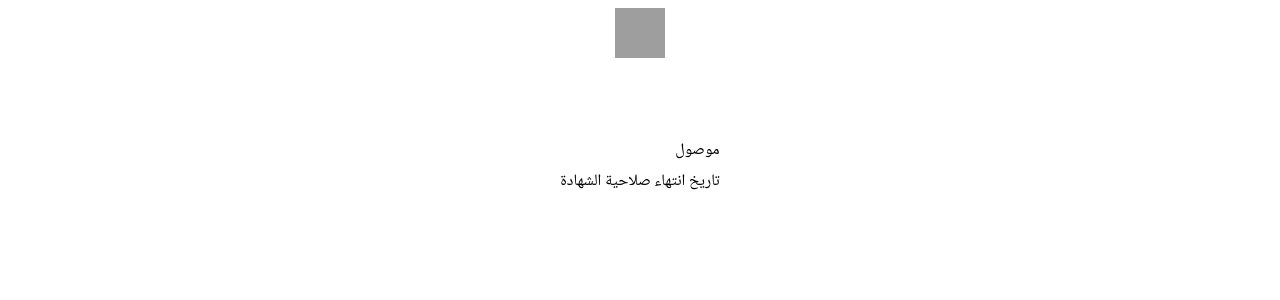
Repository: khanshakiil/ArabicHTMLToPDF
Page: HospitalFrontDesk/src/main/resources/html.html
These files come from the project's save history. The page is drawn as it stood at one moment and after the next save; the edit follows.
The browser window is 1280 px wide. The pictures show the whole page.
Pictures or frames that could not be fetched are drawn as grey boxes.

Above is the page before, as saved 2020-03-05 20:01:12.

### HospitalFrontDesk/src/main/resources/html.html
<!DOCTYPE html>
<html>

<head>
<style>
table {
margin: 60px;
padding: 10px;

}
#qrCode{
width: 50px;
height: 50px;
}
</style>

</head>

<body>
<center>
<table >
<tr>
<img src="E:\\qrcode.png" id="qrCode"></img> </tr>
<tr>
<td dir="rtl" style="font-family: Noto Naskh Arabic">موصول</td>
</tr>
<tr>
<td dir="rtl" style="font-family: Noto Naskh Arabic">تاريخ انتهاء صلاحية الشهادة </td>
</tr>

</table></center>
</body>

</html>

After the next save:
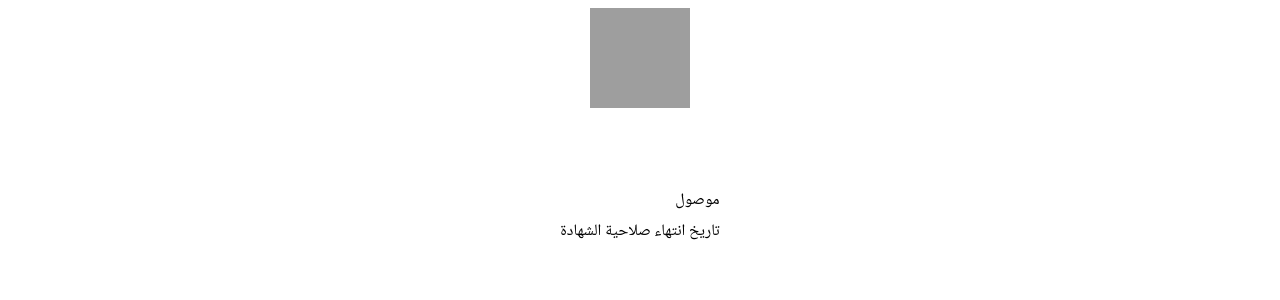
Saved 10 s later.
--- a/HospitalFrontDesk/src/main/resources/html.html
+++ b/HospitalFrontDesk/src/main/resources/html.html
@@ -9,8 +9,8 @@ padding: 10px;
 
 }
 #qrCode{
-width: 50px;
-height: 50px;
+width: 100px;
+height: 100px;
 }
 </style>
 
